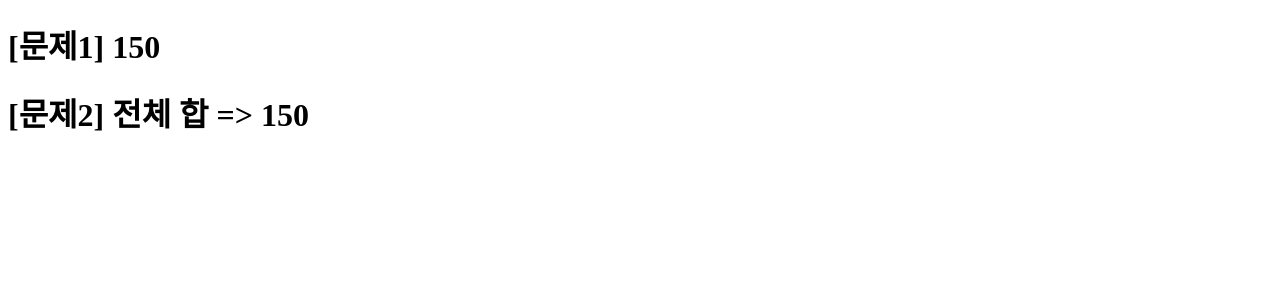
Repository: jjuhye/JSPWorkspace
Page: http://localhost/basic/test01.jsp
The author's editor kept a copy of each file at every save. The page is drawn from the files as they stood at one save, then again after the next save.
The browser window is 1280 px wide. The pictures show the whole page.
The page is served by Tomcat 9. Other server files are loaded and not shown.

Above is the page before, as saved 2023-02-21 03:03:05.

### basic/src/main/webapp/test01.jsp
<%@ page language="java" contentType="text/html; charset=UTF-8"
    pageEncoding="UTF-8"%>
<!DOCTYPE html>
<html>
<head>
<meta charset="UTF-8">
<title>Insert title here</title>
</head>
<body>
<%--
    [1] JSP는 자바 서버 페이지의 약자이다.

    [2] JSP의 역할
        HTML 페이지에서 아래 4개의 태그를 추가로 사용할 수 있다.

        (1) 지시자(Directive) 태그            <%@ %>
        (2) 표현식(Expression) 태그        <%= %>
        (3) 스크립트릿(Scriptlet) 태그        <%  %>
        (4) 선언자(Declaration) 태그        <%! %>        (사용하지 않음)
 --%>
 <%--
    [1] 스크립트릿 태그
        (1) 사용법 : <% %>
        (2) 자바 변수를 사용할 수 있다.

    [2] 익스프레션 태그
        (1) 사용법 : <%= %>
        (2) 자바 변수를 출력할 수 있다.
--%>

<%--
      [문제1] 10부터 50까지 arr 배열에 저장후 배열안의 모든값을 출력한다.
        [정답1] 10 20 30 40 50             <h1> </h1>

        [문제2] array 배열안의 모든값의 합을 출력한다.
        [정답2] 150
--%>
<%
	int[] arr = {10,20,30,40,50};
	String data="";
	for(int i=0; i<arr.length; i++){
		data+=arr[i]+" ";
	}

	int sum=0;
	for(int i=0; i<arr.length; i++){
		sum+=arr[i];
	}
%>
<h1>[문제1] <%=sum %></h1>
<h1>[문제2] 전체 합 => <%=sum %></h1>
</body>
</html>

After the next save:
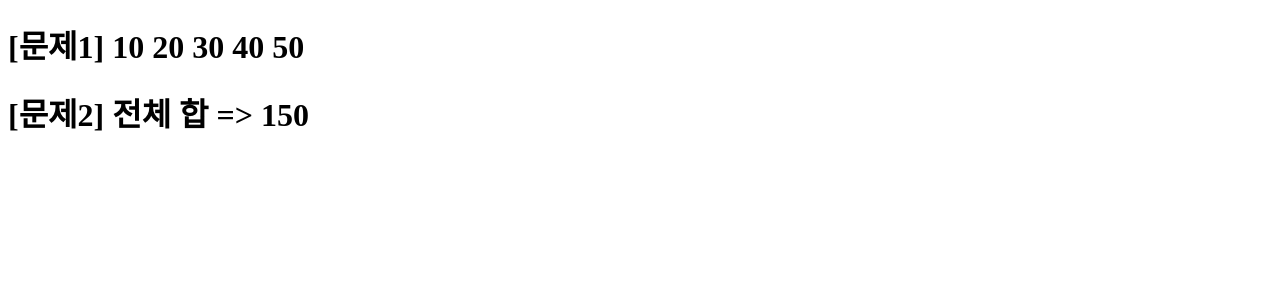
Saved 7 s later.
--- a/basic/src/main/webapp/test01.jsp
+++ b/basic/src/main/webapp/test01.jsp
@@ -47,7 +47,7 @@
 		sum+=arr[i];
 	}
 %>
-<h1>[문제1] <%=sum %></h1>
+<h1>[문제1] <%=data %></h1>
 <h1>[문제2] 전체 합 => <%=sum %></h1>
 </body>
 </html>
